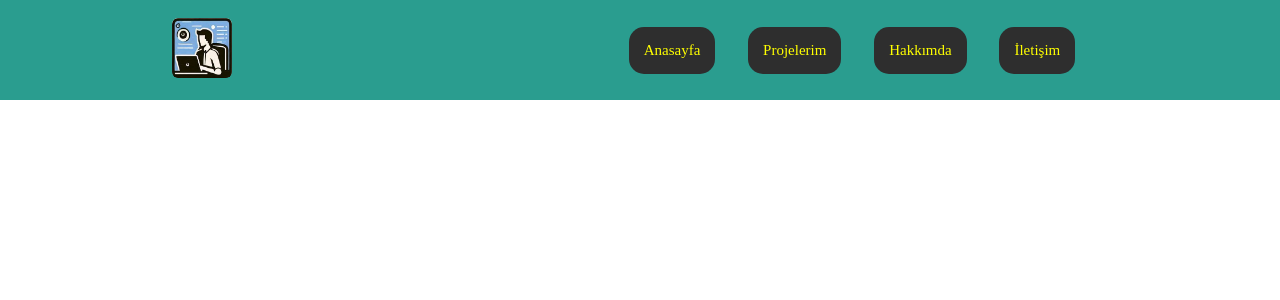
Repository: 0hasandemirtas/react-odev
Page: /
An editor plug-in stored every save of this project. The page is shown before and after the next save, followed by the edit.
The browser window is 1280 px wide. The pictures show the whole page.
The project was rebuilt for these pictures with package versions that can differ from the ones it lists, and the page was loaded fresh each time.

Above is the page before, as saved 2024-06-16 14:29:46.

After the next save:
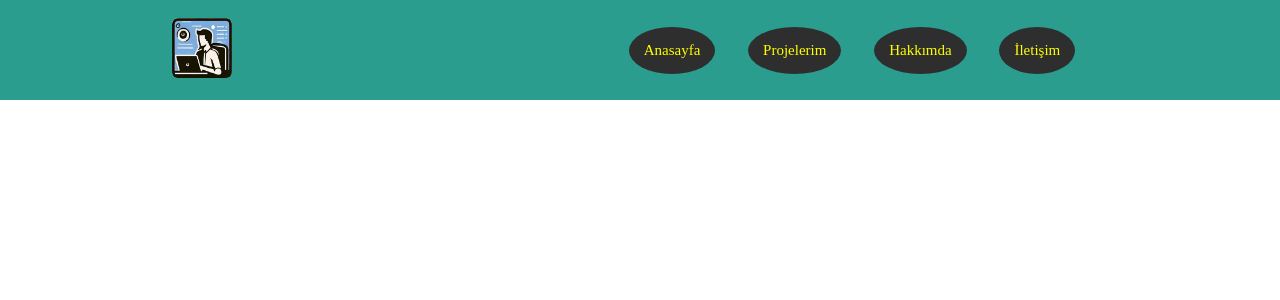
Saved 3 h 8 min later.
--- a/src/components/header/stylesheet.js
+++ b/src/components/header/stylesheet.js
@@ -31,7 +31,7 @@ const useStyles = createUseStyles({
     titleContentContainer:{
         padding:"15px",
         backgroundColor:"#2e2e2e",
-        borderRadius:"15px",
+        borderRadius:"50%",
         textDecoration:"none",
         fontSize:"15px",
         color:"yellow"
